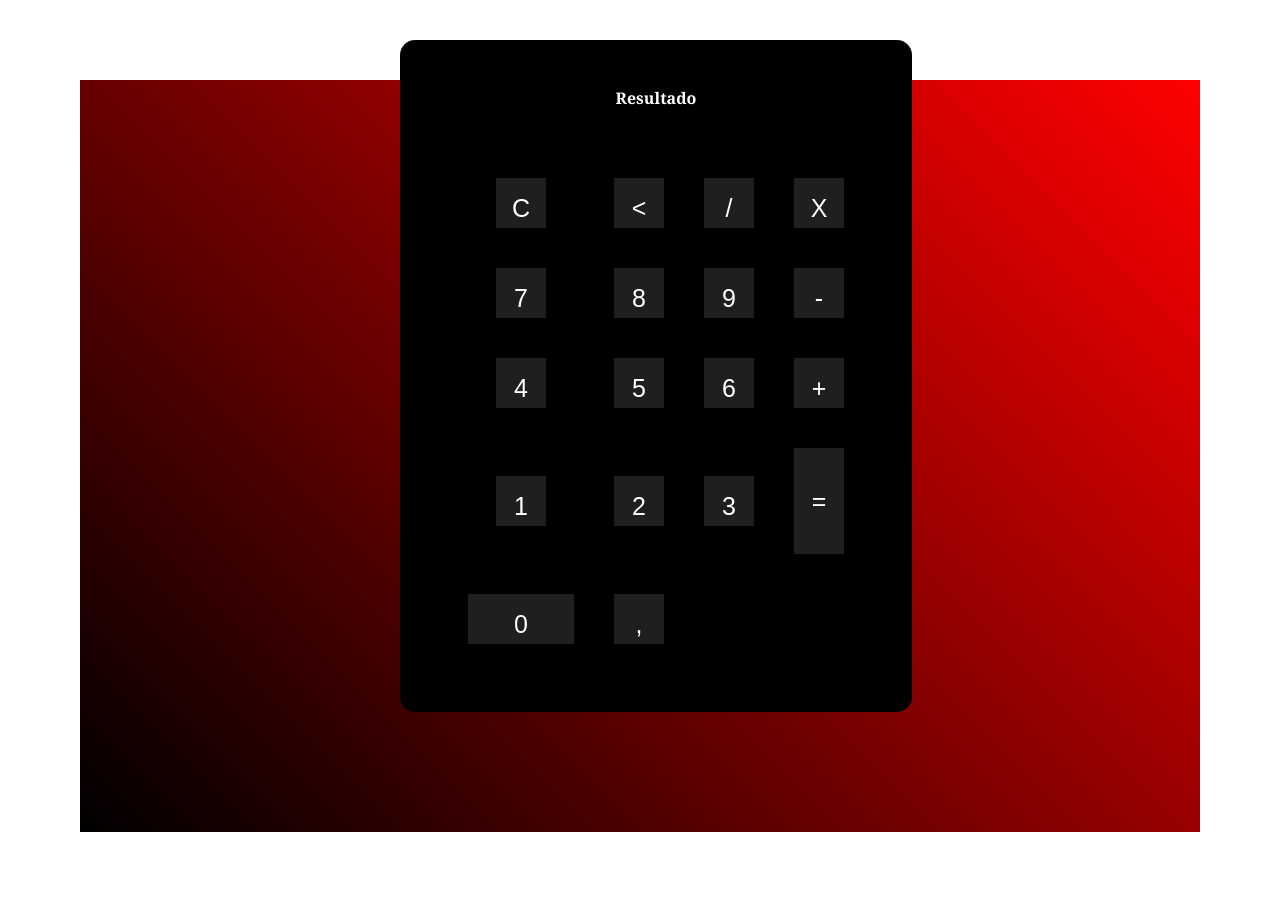
Repository: marllon-hetzler/calculadora.js
Page: interface.html
These files come from the project's save history. The page is drawn as it stood at one moment and after the next save; the edit follows.
The browser window is 1280 px wide. The pictures show the whole page.

Above is the page before, as saved 2022-11-04 19:29:37.

### interface.html
<!DOCTYPE html>
<html lang="en">
<head>
    <meta charset="UTF-8">
    <meta http-equiv="X-UA-Compatible" content="IE=edge">
    <meta name="viewport" content="width=, initial-scale=1.0">
    <title>Document</title>
</head>
<body>
    <style>
        *{
            margin: 1rem;
            padding: 1rem;
        }
        .fundo{
            background-image:linear-gradient(45deg,black, red);
            height:100vh;
            color: white;
            font-family: Georgia, 'Times New Roman', Times, serif;
            font-weight: bold;
            text-align: center;

        }
        .calculadora{
            position:absolute;
            background-color: rgba(0,0,0.8);
            top:50%;
            left: 50%;
            transform:translate(-50%,-50%) ;
            border-radius: 15px;
            padding: 15px;


        }
        .botao{
            width: 50px;
            height: 50px;
            font-size: 25px;
            cursor:pointer;
            background-color: rgb(31,31,31) ;
            border: none;
            color:white;
            margin: 3px;

            }
        .botao:hover{
            background-color: darkgray;
        }
        h1{color: black;}
    </style>
    <div class="fundo">
    <h1>Marllon Antonio Machado</h1>
    <div class="calculadora">
        <p>Resultado</p>
        <table>
            <tr>
                <td><button class ="botao">C</button></td>
                <td><button class ="botao"><</button></td>
                <td><button class ="botao">/</button></td>
                <td><button class ="botao">X</button></td>
            </tr>

            <tr>
                <td><button class ="botao">7</button></td>
                <td><button class ="botao">8</button></td>
                <td><button class ="botao">9</button></td>
                <td><button class ="botao">-</button></td>
            </tr>

            <tr>
                <td><button class ="botao">4</button></td>
                <td><button class ="botao">5</button></td>
                <td><button class ="botao">6</button></td>
                <td><button class ="botao">+</button></td>
            </tr>

            <tr>
                <td><button class ="botao">1</button></td>
                <td><button class ="botao">2</button></td>
                <td><button class ="botao">3</button></td>
                <td><button class ="botao" style="height:106px;">=</button></td>
            </tr>

            <tr>
                <td><button class ="botao" style="width:106px ;">0</button></td>
                <td><button class ="botao">,</button></td>

            </tr>
        </table>
    </div>
    </div>
</body>
</html>

After the next save:
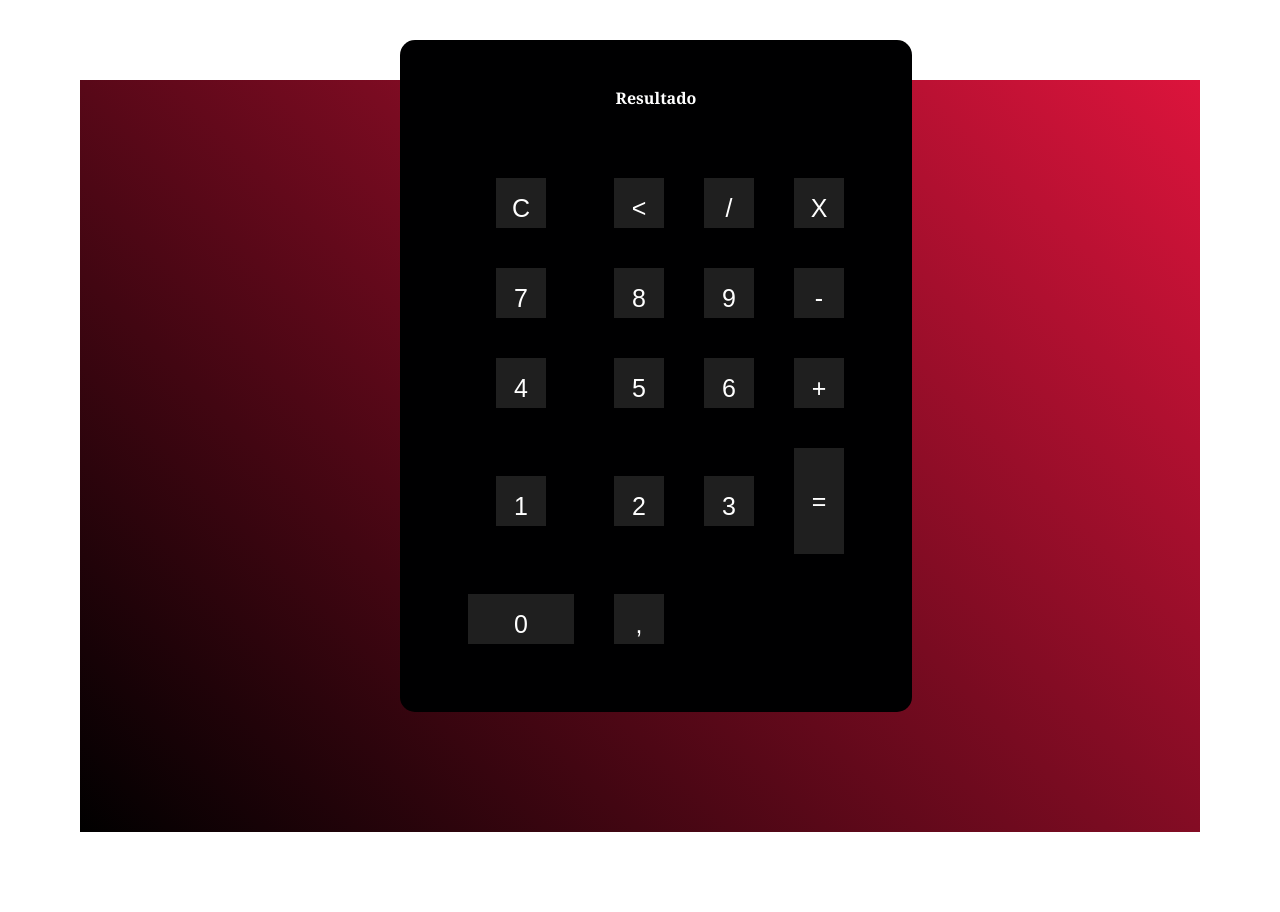
Saved 2 min 30 s later.
--- a/interface.html
+++ b/interface.html
@@ -13,7 +13,7 @@
             padding: 1rem;
         }
         .fundo{
-            background-image:linear-gradient(45deg,black, red);
+            background-image:linear-gradient(45deg,black,crimson);
             height:100vh;
             color: white;
             font-family: Georgia, 'Times New Roman', Times, serif;
